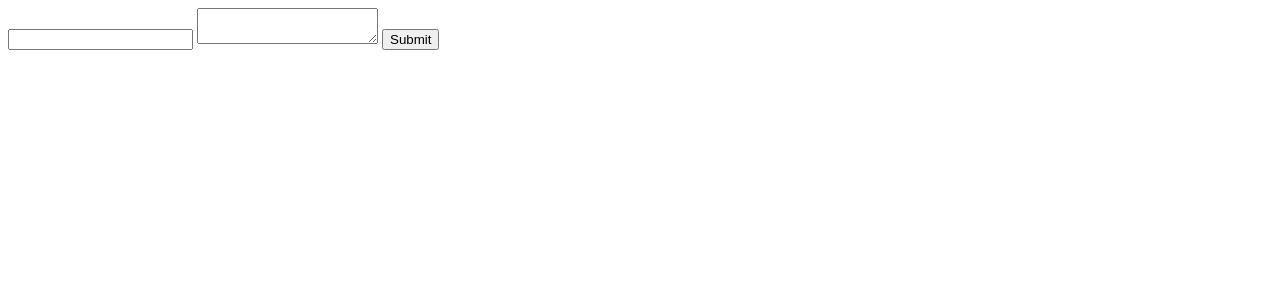
Repository: bleastrind/InternetOS
Page: http://localhost/InternetOS/appinstall.jsp
The author's editor kept a copy of each file at every save. The page is drawn from the files as they stood at one save, then again after the next save.
The browser window is 1280 px wide. The pictures show the whole page.
The page is served by Tomcat 9. Nobody is signed in. The application's start-up code is not run.

Above is the page before, as saved 2011-04-12 12:05:57.

After the next save:
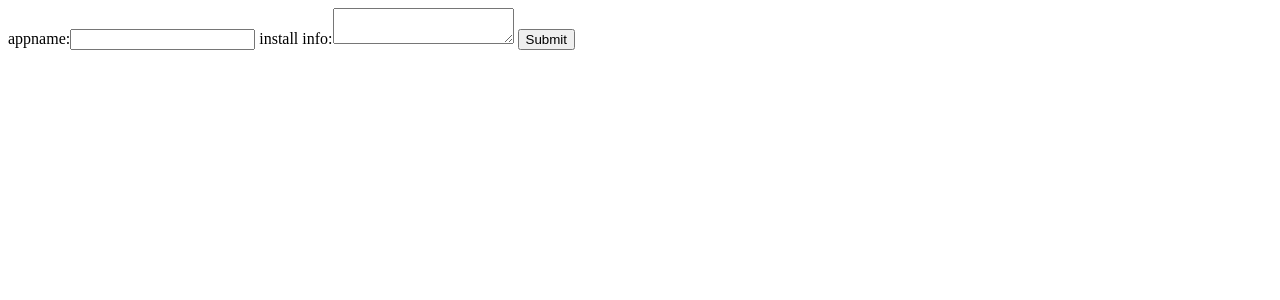
Saved 105 s later.
--- a/InternetOS/WebContent/appinstall.jsp
+++ b/InternetOS/WebContent/appinstall.jsp
@@ -8,8 +8,8 @@
 </head>
 <body>
 	<form action="addApp" method="POST">
-		<input type="text" name="appname"/>
-		<textarea name="install"></textarea>
+		appname:<input type="text" name="appname"/>
+		install info:<textarea name="install"></textarea>
 		<input type="submit"/>
 	</form>
 </body>
